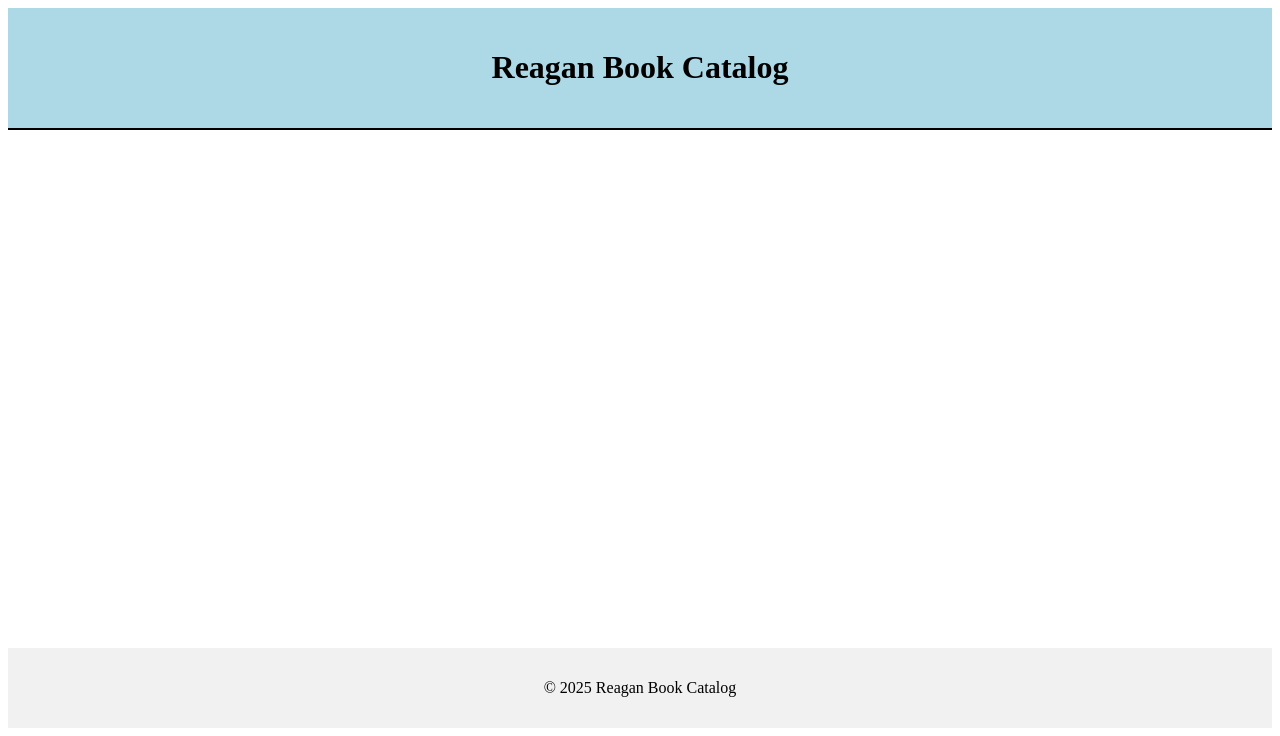
Repository: antyc0817/COMP-3170-Assignment-2-Reagan
Page: /
These files come from the project's save history. The page is drawn as it stood at one moment and after the next save; the edit follows.
The browser window is 1280 px wide. The pictures show the whole page.
The project was rebuilt for these pictures with package versions that can differ from the ones it lists, and the page was loaded fresh each time. Also part of the build but not shown: vite.config.js, src/index.css.

Above is the page before, as saved 2025-09-09 17:24:34.

After the next save:
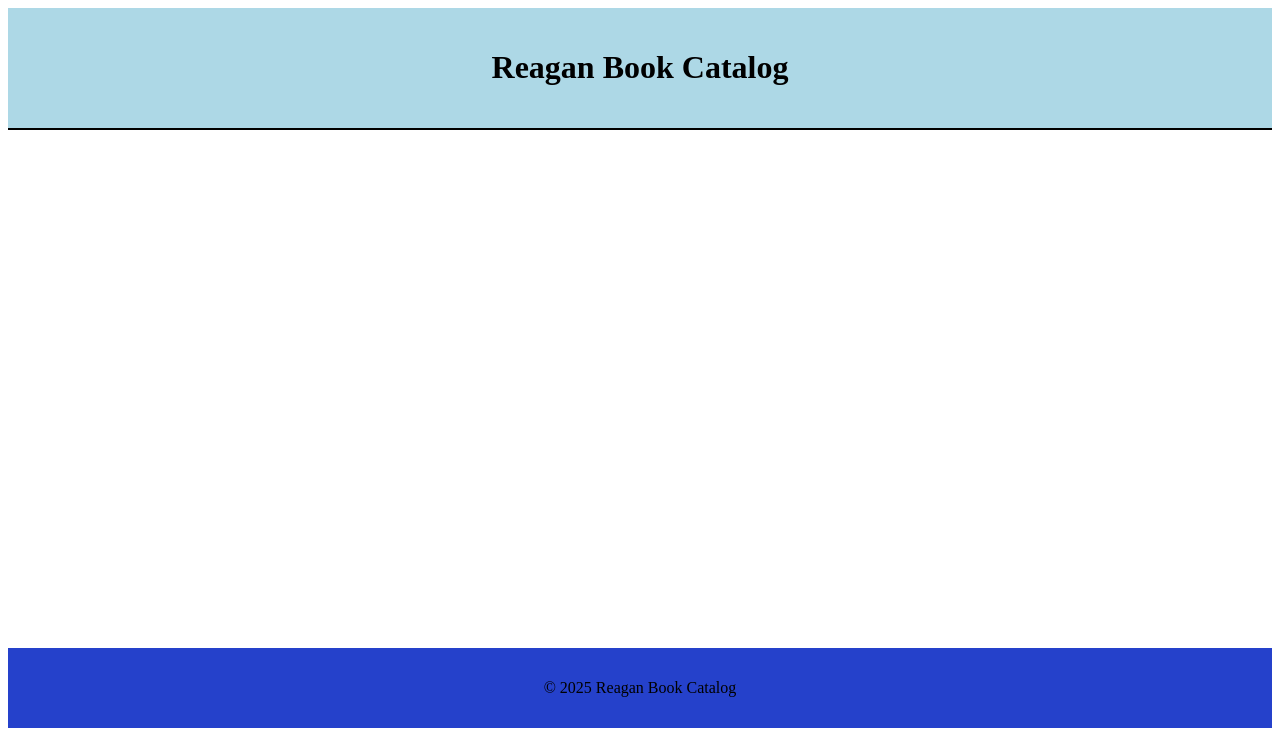
Saved 48 s later.
--- a/src/App.css
+++ b/src/App.css
@@ -13,6 +13,6 @@ header {
 footer {
     text-align: center;
     padding: 15px;
-    background-color: #f1f1f1;
+    background-color: #2541cb;
     margin-top: auto;
 }
